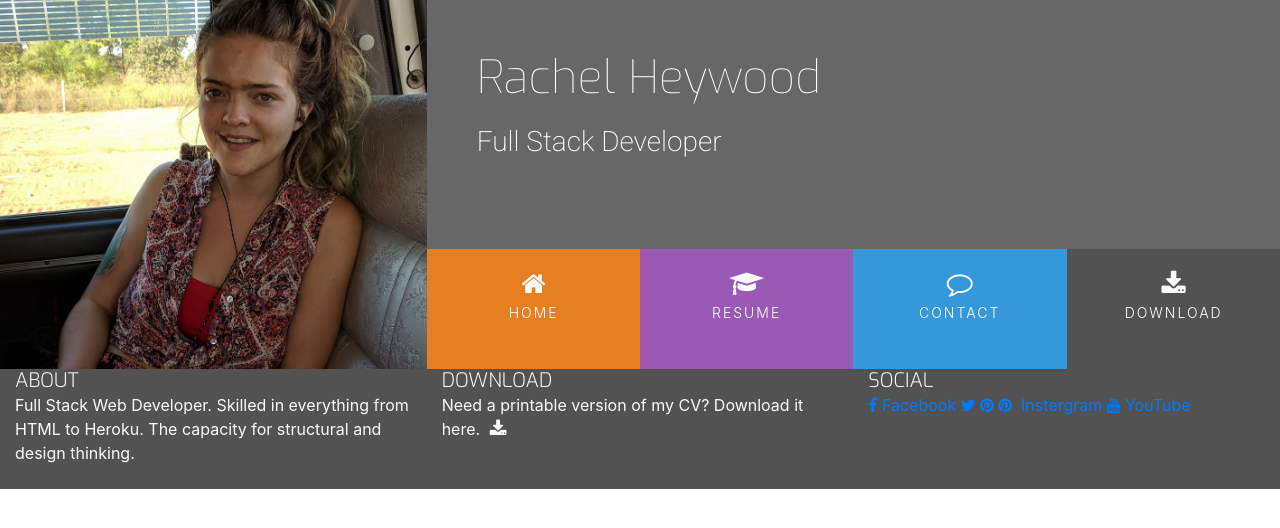
Repository: Heywood93/resume
Page: index.html
The author's editor kept a record of every edit. The page is drawn from the files as they stood at one moment, then again after the next edit.
The browser window is 1280 px wide. The pictures show the whole page.

Above is the page before.

### index.html
<!DOCTYPE html>
<html lang="en">
<head>
    <meta charset="UTF-8">
    <meta name="viewport" content="width=device-width, initial-scale=1.0">
    <meta http-equiv="X-UA-Compatible" content="ie=edge">
    <link rel="stylesheet" href="https://stackpath.bootstrapcdn.com/bootstrap/4.3.1/css/bootstrap.min.css" type="text/css" />
    <link rel="stylesheet" href="https://stackpath.bootstrapcdn.com/font-awesome/4.7.0/css/font-awesome.min.css" type="text/css" />
    <link rel="stylesheet" href="https://cdnjs.cloudflare.com/ajax/libs/hover.css/2.3.1/css/hover-min.css" type="text/css" />
    <link rel="stylesheet" href="assets/css/style.css" type="text/css" />
    <title>Rachel Heywood</title>
</head>
<body>
    <header>
        <div class="row no-gutters">
            <a href="index.html" class="col-md-4 logo">

            </a>
            <div class="col-md-8">
                <div class="row no-gutters bg-color-name-title">
                    <div class="col heading">
                        <h1 class="name">Rachel Heywood</h1>
                        <h2 class="title">Full Stack Developer</h2>
                    </div>
                </div>
                <div class="row no-gutters">
                    <div class="col">
                        <ul id="nav" class="list-inline menucontainer">
                            <li class="col-6 col-sm-3 ui-menu-color-home list-inline-item menuitem">
                                <a href="#" class="hvr-sweep-to-bottom"><i class="fa fa-home" aria-hidden="true"></i><span>Home</span></a>
                            </li>
                            <li class="col-6 col-sm-3 ui-menu-color-resume list-inline-item menuitem">
                                <a href="#" class="hvr-sweep-to-bottom"><i class="fa fa-graduation-cap" aria-hidden="true"></i><span>Resume</span></a>
                            </li>
                            <li class="col-6 col-sm-3 ui-menu-color-contact list-inline-item menuitem">
                                <a href="#" class="hvr-sweep-to-bottom"><i class="fa fa-comment-o" aria-hidden="true"></i><span>Contact</span></a>
                            </li>
                            <li class="col-6 col-sm-3 ui-menu-color-download list-inline-item menuitem">
                                <a href="#" class="hvr-sweep-to-bottom"><i class="fa fa-download" aria-hidden="true"></i><span>Download</span></a>
                            </li>
                        </ul>
                    </div>
                </div>
            </div>
        </div>

    </header>
    <section>

    </section>
    <footer class="container-fluid">
        <div class="row">
            <div class="col-sm-4">
                <h5 class="uppercase general-sub">About</h5>
                <p class="inline-block">
                    Full Stack Web Developer. Skilled in everything from HTML to Heroku.
                    The capacity for structural and design thinking.
                </p>
            </div>
            <div class="col-sm-4">
                <h5 class="uppercase general-sub">Download</h5>
                <p class="inline-block">
                    Need a printable version of my CV? Download it here.
                    <a href="#" target="_blank" class="cv-pdf">
                        <i class="fa fa-download" aria-hidden="true"></i>
                        <span class="sr-only">Download link.</span>
                    </a>
                </p>
            </div>
            <div class="col-sm-4">
                <h5 class="uppercase general-sub">Social</h5>
                <ul class="list-inline social-links">
                    <li class="list-inline-item">
                        <a target="_blank" href="#">
                            <i class="fa fa-facebook" aria-hidden="true"></i>
                            <span class="sr-only"></span><span>Facebook</span>
                        </a>
                    </li>
                    <li class="list-inline-item">
                        <a target="_blank" href="#">
                            <i class="fa fa-twitter" aria-hidden="true"></i>
                            <span class="sr-only">Twitter</span>
                        </a>
                    </li>
                    <li class="list-inline-item">
                        <a target="_blank" href="#">
                            <i class="fa fa-pinterest" aria-hidden="true"></i>
                            <span class="sr-only">LinkedIn</span>
                        </a>
                    </li>
                    <li class="list-inline-item">
                        <a target="_blank" href="#">
                            <i class="fa fa-pinterest" aria-hidden="true"></i>
                            <span class="sr-only">Pinterest</span>
                        </a>
                    </li>
                    <li class="list-inline-item">
                        <a target="_blank" href="#">
                            <i class="fa fa-instergram" aria-hidden="true"></i>
                            <span class="sr-only"></span><span>Instergram</span>
                        </a>
                    </li>
                    <li class="list-inline-item">
                        <a target="_blank" href="#">
                            <i class="fa fa-youtube" aria-hidden="true"></i>
                            <span class="sr-only"></span><span>YouTube</span>
                        </a>
                    </li>
                </ul>
            </div>
        </div>
    </footer>
</body>
</html>

### assets/css/style.css
@import url('https://fonts.googleapis.com/css?family=Roboto:100,200,300,400,500,600,700|Exo:100,200,300,400,500,600,700');

/*----------Colors */

.bg-color-name-title {
    background-color: #676767;
}

.ui-menu-color-home {
    background-color: #e67e22
}

.ui-menu-color-resume {
    background-color: #9b59b6
}

.ui-menu-color-contact {
    background-color: #3498db
}

.ui-menu-color-download {
    background-color: #525252
}

/*----------Special paddings/margins/text */

h1,
h2,
h3,
h4,
h5 {
    margin: 0;
}

.uppercase {
    text-transform: uppercase;
}

.general-sub {
    font-family: "Exo", sans-serif;
    font-weight: 300;
    color: #fafafa;
}

.inline-block {
    display: inline-block;
}

/*----------Heading */

header {
    margin: 0;
}

.heading {
    margin-left: 50px;
}

.logo {
    background: url(../images/profile-picture.jpg);
    background-position: center;
    background-repeat: no-repeat;
    background-size: cover;
    min-height: 360px;
    transition: all .5s ease-in-out;
    -moz-transition: all .5s ease-in-out;
    -webkit-transition: all .5s ease-in-out;
}

.name {
    font-family: "Exo", sans-serif;
    font-weight: 100;
    font-size: 46px;
    margin-top: 50px;
    color: #fff;
}

.title {
    font-family: "Roboto", sans-serif;
    font-weight: 200;
    font-size: 28px;
    margin-top: 20px;
    margin-bottom: 90px;
    color: #fff;
}

.list-inline-item:not(:last-child) {
    margin: 0;
}

.menucontainer {
    font-size: 0;
}

#nav {
    margin: 0;
}

#nav li {
    font-size: 14px;
    padding: 0;
}

.menuitem {
    height: 120px;
    text-align: center;
    padding: 0;
}

.menuitem a {
    width: 100%;
    text-decoration: none;
    color: #fff;
    height: 120px;
}

.menuitem a i {
    padding-top: 22px;
    display: block;
    color: #fafafa;
    font-size: 26px;
}

.menuitem span {
    display: block;
    width: 100%;
    padding-top: 5px;
    text-align: center;
    text-transform: uppercase;
    font-size: 14px;
    font-weight: 300;
    letter-spacing: 2px;
}

/*----------Hover.css */

.hvr-sweep-to-bottom:before {
    background: rgba(0, 0, 0, 0.2);
    height: 120px;
}

/*----------Footer */

footer {
    background-color: #525252;
    color: #fafafa;
    min-height: 120px;
    margin: 0;
}

.cv-pdf i {
    font-size: 18px;
    color: #fafafa;
    text-align: center;
    padding-left: 5px;
    transition: all 0.35s ease-in-out;
    -moz-transition: all 0.35s ease-in-out;
    -webkit-transition: all 0.35s ease-in-out;
    -o-transition: all 0.35s ease-in-out;
}

.cv.pdf i:hover {
    color: #e84610;
}

.socail-links {
    padding-bottom: 15px;
}

.

After the next edit:
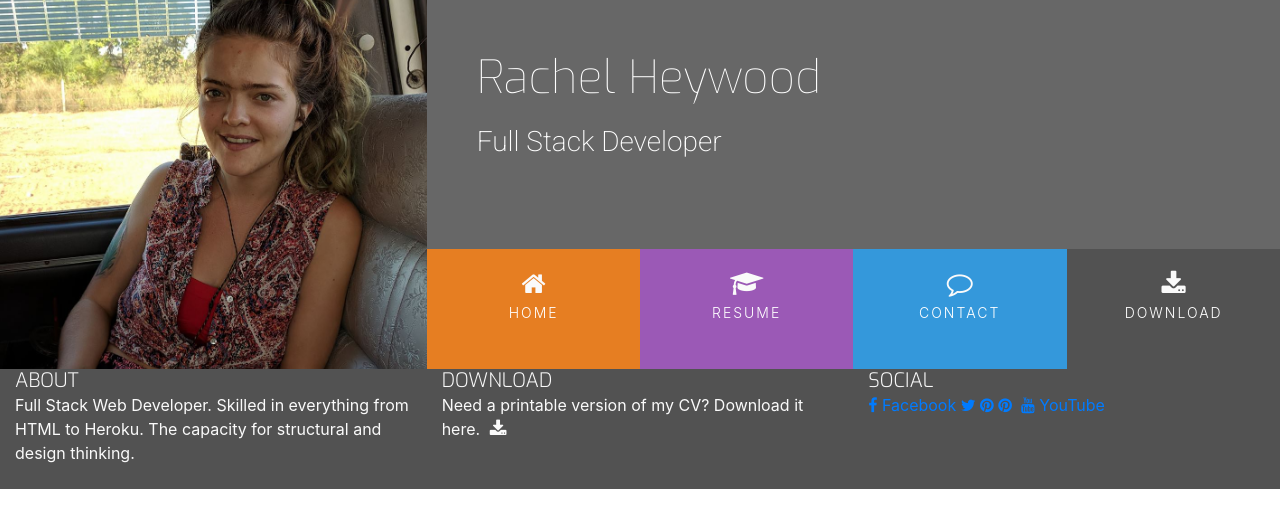
The edit:
--- a/index.html
+++ b/index.html
@@ -97,7 +97,7 @@
                     <li class="list-inline-item">
                         <a target="_blank" href="#">
                             <i class="fa fa-instergram" aria-hidden="true"></i>
-                            <span class="sr-only"></span><span>Instergram</span>
+                            <span class="sr-only">Instergram</span>
                         </a>
                     </li>
                     <li class="list-inline-item">
